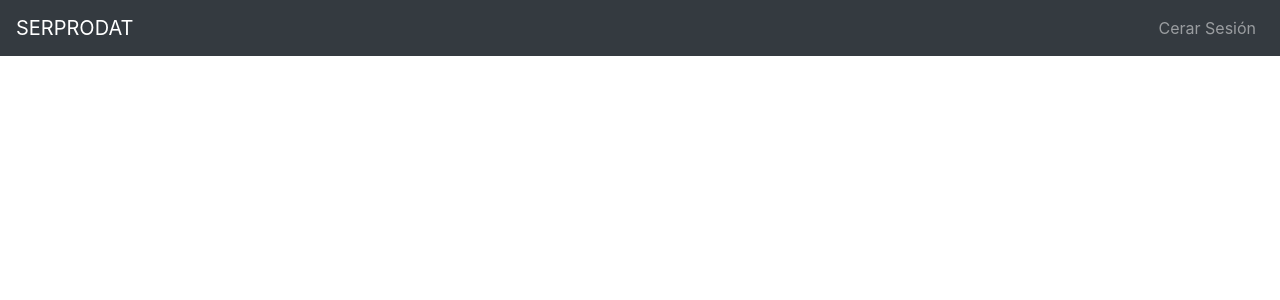
Repository: GiomarDev/proyecto-dawi
Page: http://localhost/DAWI-Semana01-Plantilla_8_/menuindex.jsp
These files come from the project's save history. The page is drawn as it stood at one moment and after the next save; the edit follows.
The browser window is 1280 px wide. The pictures show the whole page.
The page is served by Tomcat 9.

Above is the page before, as saved 2020-12-07 10:15:43.

After the next save:
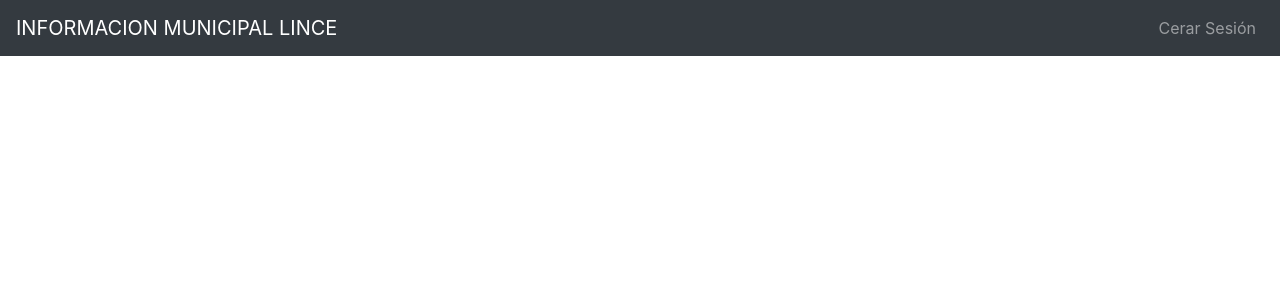
Saved 83 s later.
--- a/Proyecto/DAWI-Semana01-Plantilla(8)/WebContent/menuindex.jsp
+++ b/Proyecto/DAWI-Semana01-Plantilla(8)/WebContent/menuindex.jsp
@@ -11,7 +11,7 @@
 	<nav class="navbar navbar-expand-sm bg-dark navbar-dark">
 	  	  <div class="navbar-header">
 		       <div class="navbar-header">
-	     		 <a class="navbar-brand" href="#">SERPRODAT</a>
+	     		 <a class="navbar-brand" href="#">INFORMACION MUNICIPAL LINCE</a>
 	  			</div>
 	  	</div>
 
